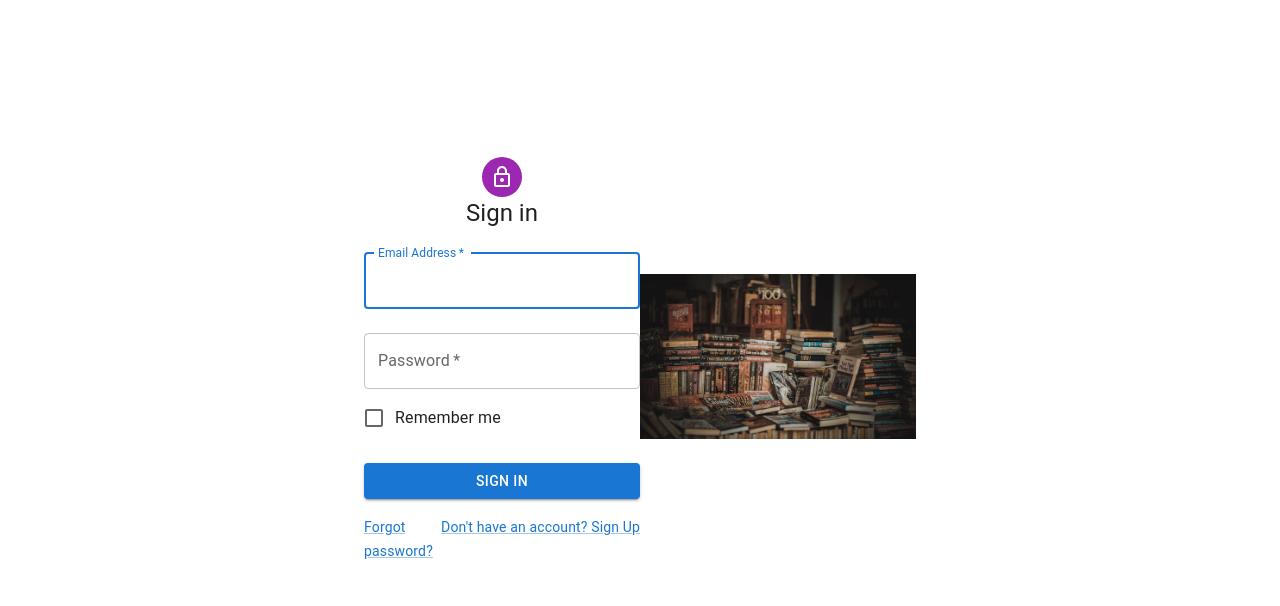
Repository: Milith97/Book-Borrowing-System
Page: /
The author's editor kept a copy of each file at every save. The page is drawn from the files as they stood at one save, then again after the next save.
The browser window is 1280 px wide. The pictures show the whole page.
The project was rebuilt for these pictures with package versions that can differ from the ones it lists, and the page was loaded fresh each time. Also part of the build but not shown: vite.config.js, src/Componnts/SignUp.jsx, src/index.css.

Above is the page before, as saved 2024-03-25 12:46:43.

### src/App.jsx
import React from 'react';
import { BrowserRouter as Router, Route, Routes, Navigate } from 'react-router-dom';
import SignIn from './Componnts/SignIn';
import SignUp from './Componnts/SignUp';

function App() {
  return (
    <Router>
      <Routes>
        <Route path="/" element={<Navigate replace to="/signin" />} />
        <Route path="/signin" element={<SignIn />} />
        <Route path="/signup" element={<SignUp />} />
        {/* Redirects any other path to /signin */}
        <Route path="*" element={<Navigate replace to="/signin" />} />
      </Routes>
    </Router>
  );
}

export default App;

### src/Componnts/SignIn.jsx
import React from 'react';
import { Link as RouterLink } from 'react-router-dom';
import Avatar from '@mui/material/Avatar';
import Button from '@mui/material/Button';
import CssBaseline from '@mui/material/CssBaseline';
import TextField from '@mui/material/TextField';
import FormControlLabel from '@mui/material/FormControlLabel';
import Checkbox from '@mui/material/Checkbox';
import Link from '@mui/material/Link';
import Grid from '@mui/material/Grid';
import Box from '@mui/material/Box';
import LockOutlinedIcon from '@mui/icons-material/LockOutlined';
import Typography from '@mui/material/Typography';
import Container from '@mui/material/Container';
import { createTheme, ThemeProvider } from '@mui/material/styles';

// Import your image
import signInImage from '../assets/img/signin.jpg';

const defaultTheme = createTheme();

export default function SignIn() {
  return (
    <ThemeProvider theme={defaultTheme}>
      <Container component="main" maxWidth="sm">
        <CssBaseline />
        <Box sx={{ display: 'flex', justifyContent: 'center', alignItems: 'center', height: '100vh' }}>
          <Box sx={{ display: 'flex', flexDirection: 'column', justifyContent: 'center', flexBasis: '50%' }}>
            <Avatar sx={{ m: 1, bgcolor: 'secondary.main', margin: 'auto' }}>
              <LockOutlinedIcon />
            </Avatar>
            <Typography component="h1" variant="h5" align="center">
              Sign in
            </Typography>
            <Box component="form" noValidate sx={{ mt: 1 }}>
              <TextField
                margin="normal"
                required
                fullWidth
                id="email"
                label="Email Address"
                name="email"
                autoComplete="email"
                autoFocus
              />
              <TextField
                margin="normal"
                required
                fullWidth
                name="password"
                label="Password"
                type="password"
                id="password"
                autoComplete="current-password"
              />
              <FormControlLabel
                control={<Checkbox value="remember" color="primary" />}
                label="Remember me"
              />
              <Button
                type="submit"
                fullWidth
                variant="contained"
                sx={{ mt: 3, mb: 2 }}
              >
                Sign In
              </Button>
              <Grid container>
                <Grid item xs>
                  <Link component={RouterLink} to="#" variant="body2">
                    Forgot password?
                  </Link>
                </Grid>
                <Grid item>
                  <Link component={RouterLink} to="/signup" variant="body2">
                    {"Don't have an account? Sign Up"}
                  </Link>
                </Grid>
              </Grid>
            </Box>
          </Box>
          <Box sx={{ flexBasis: '50%' }}>
            <img src={signInImage} alt="Sign In" style={{ maxWidth: '100%', height: 'auto' }} />
          </Box>
        </Box>
      </Container>
    </ThemeProvider>
  );
}

Loaded but not shown: index.html (common file); src/main.jsx (common file)

After the next save:
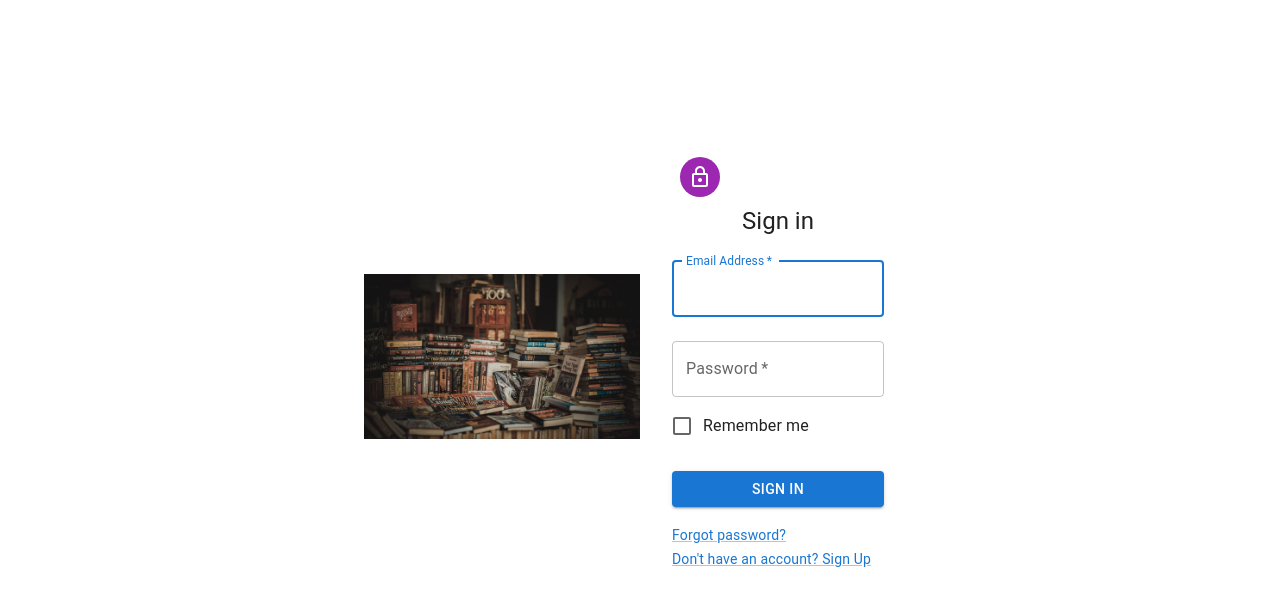
Saved 102 s later.
--- a/src/Componnts/SignIn.jsx
+++ b/src/Componnts/SignIn.jsx
@@ -24,9 +24,12 @@ export default function SignIn() {
     <ThemeProvider theme={defaultTheme}>
       <Container component="main" maxWidth="sm">
         <CssBaseline />
-        <Box sx={{ display: 'flex', justifyContent: 'center', alignItems: 'center', height: '100vh' }}>
-          <Box sx={{ display: 'flex', flexDirection: 'column', justifyContent: 'center', flexBasis: '50%' }}>
-            <Avatar sx={{ m: 1, bgcolor: 'secondary.main', margin: 'auto' }}>
+        <Box sx={{ display: 'flex', alignItems: 'center', height: '100vh' }}>
+          <Box sx={{ flexBasis: '50%' }}>
+            <img src={signInImage} alt="Sign In" style={{ maxWidth: '100%', height: 'auto' }} />
+          </Box>
+          <Box sx={{ flexBasis: '50%', padding: '0 2rem' }}>
+            <Avatar sx={{ m: 1, bgcolor: 'secondary.main' }}>
               <LockOutlinedIcon />
             </Avatar>
             <Typography component="h1" variant="h5" align="center">
@@ -79,9 +82,6 @@ export default function SignIn() {
               </Grid>
             </Box>
           </Box>
-          <Box sx={{ flexBasis: '50%' }}>
-            <img src={signInImage} alt="Sign In" style={{ maxWidth: '100%', height: 'auto' }} />
-          </Box>
         </Box>
       </Container>
     </ThemeProvider>
